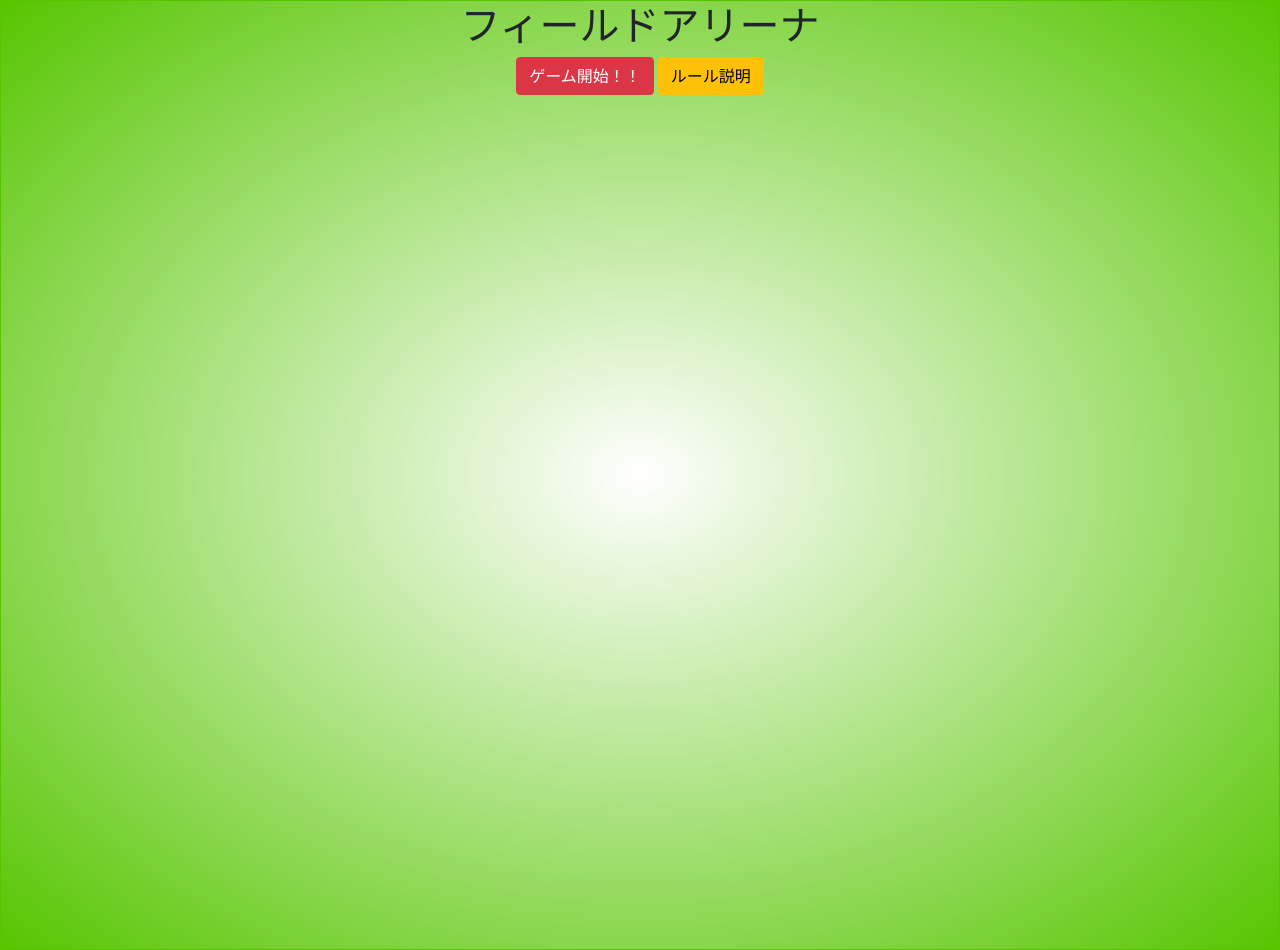
Repository: e1b21074/field_arena
Page: .log/field_arena/src/main/resources/static/index.html
These files come from the project's save history. The page is drawn as it stood at one moment and after the next save; the edit follows.
The browser window is 1280 px wide. The pictures show the whole page.

Above is the page before, as saved 2024-01-09 14:49:23.

### .log/field_arena/src/main/resources/static/index.html
<!DOCTYPE html>
<html lang="en">

<head>
  <meta charset="UTF-8">
  <meta name="viewport" content="width=device-width, initial-scale=1.0">
  <!-- bootstrap CSS -->
  <link href="https://cdn.jsdelivr.net/npm/bootstrap@5.0.2/dist/css/bootstrap.min.css" rel="stylesheet"
    integrity="sha384-EVSTQN3/azprG1Anm3QDgpJLIm9Nao0Yz1ztcQTwFspd3yD65VohhpuuCOmLASjC" crossorigin="anonymous">

  <title>カードゲーム</title>

  <style>
    .gradient {
      background:radial-gradient(#fff, #56C500);
      height: 950px;
      border: 1px solid #56C500;
  }
  </style>
</head>

<body class="gradient">
  <center>
    <h1>フィールドアリーナ</h1>
    <button type="button" class="btn btn-danger" onclick="location.href='/gamearea'">ゲーム開始！！</button>
    <button type="button" class="btn btn-warning" onclick="location.href='/rule'">ルール説明</button>
  </center>

  <script src="https://cdn.jsdelivr.net/npm/bootstrap@5.0.2/dist/js/bootstrap.bundle.min.js"
    integrity="sha384-MrcW6ZMFYlzcLA8Nl+NtUVF0sA7MsXsP1UyJoMp4YLEuNSfAP+JcXn/tWtIaxVXM"
    crossorigin="anonymous"></script>
</body>

</html>

After the next save:
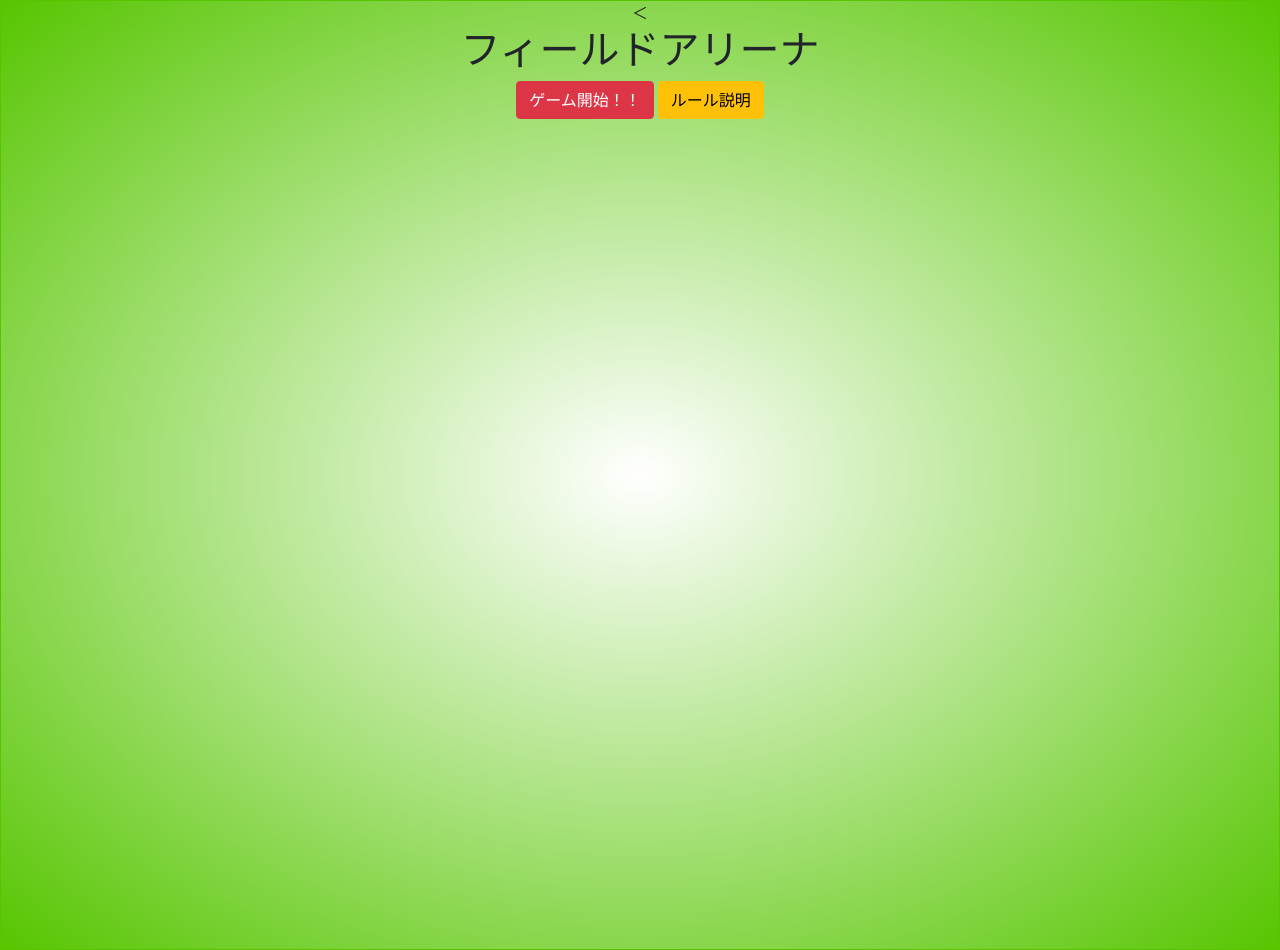
Saved 6 s later.
--- a/.log/field_arena/src/main/resources/static/index.html
+++ b/.log/field_arena/src/main/resources/static/index.html
@@ -21,6 +21,7 @@
 
 <body class="gradient">
   <center>
+    ＜
     <h1>フィールドアリーナ</h1>
     <button type="button" class="btn btn-danger" onclick="location.href='/gamearea'">ゲーム開始！！</button>
     <button type="button" class="btn btn-warning" onclick="location.href='/rule'">ルール説明</button>
